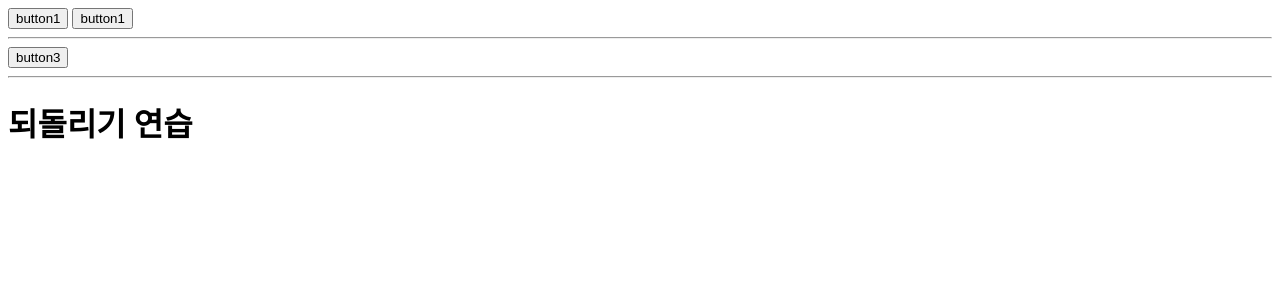
Repository: hangilyon/allJSPStudy
Page: javascript/ex16.html
These files come from the project's save history. The page is drawn as it stood at one moment and after the next save; the edit follows.
The browser window is 1280 px wide. The pictures show the whole page.

Above is the page before, as saved 2021-10-15 11:44:30.

### javascript/ex16.html
<!DOCTYPE html>
<html>
<head>
<meta charset="UTF-8">
<title>ex16</title>
<script type="text/javascript">
	function init(){
		var t1 = document.getElementById('target1')
		var t2 = document.getElementById('target2')
		t1.addEventListener('click',btn_listener)
		t2.addEventListener('click',btn_listener)
	}
	function btn_listener(){
		console.log(event)
		console.log(event.target)
		switch(event.target.id){
		case "target1" : alert('11111'); break;
		case "target2" : alert('22222'); break;
		}
	}
	function test(){
		alert(event.target.id)
	}
</script>
<style type="text/css">
	#remove{
		display: none;
	}
	#remove.a {
		display: block;
		background-color: gray;
	}
</style>
</head>
<body onload="init()">
	<button type="button" id="target1">button1</button>
	<button type="button" id="target2">button1</button>
	<hr>
	<button type="button" id="target3" onclick="test()">button3</button>
	<hr>
	<div id="remove">
		<h3>안녕하세요</h3>
		<input type="button" value="되돌리기" onclick="blockRM()">
	</div>
	<div>
		<h1>되돌리기 연습</h1>
	</div>
</body>
</html>

After the next save:
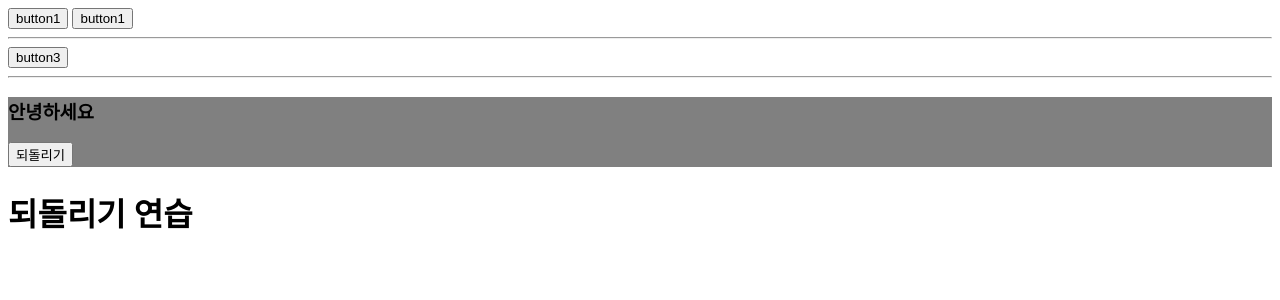
Saved 47 s later.
--- a/javascript/ex16.html
+++ b/javascript/ex16.html
@@ -38,7 +38,7 @@
 	<hr>
 	<button type="button" id="target3" onclick="test()">button3</button>
 	<hr>
-	<div id="remove">
+	<div id="remove" class="a">
 		<h3>안녕하세요</h3>
 		<input type="button" value="되돌리기" onclick="blockRM()">
 	</div>

After the save that followed:
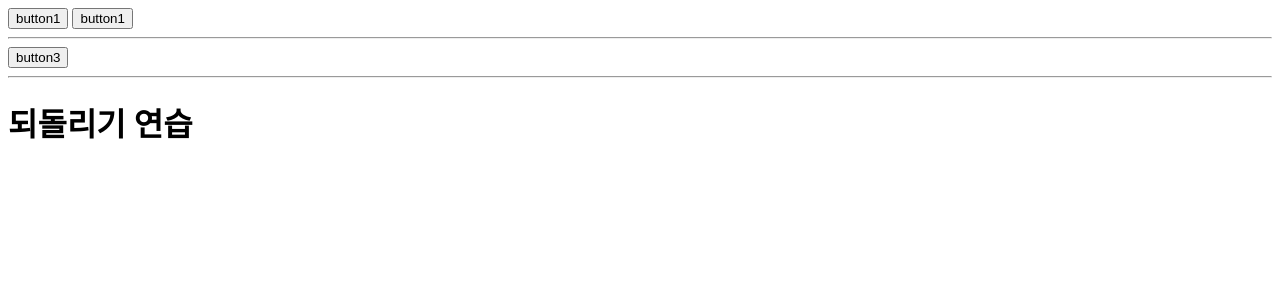
Saved 30 s later.
--- a/javascript/ex16.html
+++ b/javascript/ex16.html
@@ -38,7 +38,7 @@
 	<hr>
 	<button type="button" id="target3" onclick="test()">button3</button>
 	<hr>
-	<div id="remove" class="a">
+	<div id="remove">
 		<h3>안녕하세요</h3>
 		<input type="button" value="되돌리기" onclick="blockRM()">
 	</div>
